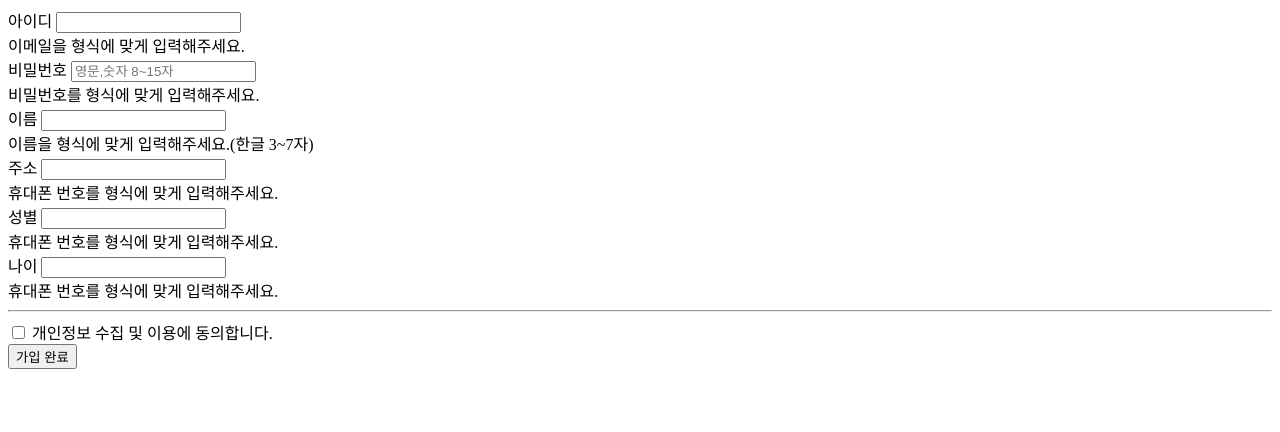
Repository: PacJ/spring_project
Page: http://localhost/spring_project/WEB-INF/views/user/signup.jsp
The author's editor kept a copy of each file at every save. The page is drawn from the files as they stood at one save, then again after the next save.
The browser window is 1280 px wide. The pictures show the whole page.
The page is served by Tomcat 9. Nobody is signed in. Other server files are loaded and not shown. The template is opened directly, without the code that normally fills it, so the values that code supplies are empty.

Above is the page before, as saved 2023-03-02 05:05:02.

### spring_project/src/main/webapp/WEB-INF/views/user/signup.jsp
<%@ page language="java" contentType="text/html; charset=UTF-8"
    pageEncoding="UTF-8"%>


 <div class="container">
     <div class="input-form-backgroud row">
      <div class="input-form col-md-12 mx-auto">
        <form class="validation-form" method="post" action="signup.do" novalidate >

           <div class="row">
	         <div class="mb-3">
	            <label for="userId">아이디</label>
	            <input type="text" class="form-control" name="userId"
	            		pattern="[A-Za-z0-9_]+[A-Za-z0-9]*[@]{1}[A-Za-z0-9]+[A-Za-z0-9]*[.]{1}[A-Za-z]{1,3}"
	            		placeholder="" required>
	            <div class="invalid-feedback">
	              이메일을 형식에 맞게 입력해주세요.
	            </div>
	          </div>

	          <div class="mb-3">
	            <label for="pass">비밀번호</label>
	            <input type="password"  class="form-control" name="userPass"
	            pattern="[a-zA-Z0-9]{8,15}"  placeholder="영문,숫자 8~15자" required>
	            <div class="invalid-feedback">
	              비밀번호를 형식에 맞게 입력해주세요.
	            </div>
	          </div>

	          <!--           <div class="mb-3">
	            <label for="passChk">비밀번호 재입력</label>
	            <input type="text"  class="form-control" name="member_passChk"
	            pattern="[a-zA-Z0-9]{8,15}" placeholder="영문,숫자 8~15자" required>
	           <div class="invalid-feedback">
	              비밀번호가 일치하지 않습니다.
	            </div>
	          </div>  -->

	           <div class="mb-3">
	              <label for="name">이름</label>
	              <input type="text" class="form-control" name="userName"
	              pattern="[가-힣]{3,7}" placeholder="" required>
	              <div class="invalid-feedback">
	                이름을 형식에 맞게 입력해주세요.(한글 3~7자)
	              </div>
	            </div>



	          <div class="mb-3">
	            <label for="address">주소</label>
	            <input type="text" class="form-control" name="userAdress"  pattern="^010[0-9]{8}$" placeholder="" required>
	            <div class="invalid-feedback">
	              휴대폰 번호를 형식에 맞게 입력해주세요.
	            </div>
	          </div>

	          <div class="mb-3">
	            <label for="Sex">성별</label>
	            <input type="text" class="form-control" name="userSex"  pattern="^010[0-9]{8}$" placeholder="" required>
	            <div class="invalid-feedback">
	              휴대폰 번호를 형식에 맞게 입력해주세요.
	            </div>
	          </div>

	          <div class="mb-3">
	            <label for="age">나이</label>
	            <input type="text" class="form-control" name="userAge"  pattern="^010[0-9]{8}$" placeholder="" required>
	            <div class="invalid-feedback">
	              휴대폰 번호를 형식에 맞게 입력해주세요.
	            </div>
	          </div>


	          <hr class="mb-4">
	          <div class="custom-control custom-checkbox">
	            <input type="checkbox" class="custom-control-input" id="aggrement" required>
	            <label class="custom-control-label" for="aggrement">개인정보 수집 및 이용에 동의합니다.</label>
	          </div>
	          <div class="mb-4">
	          <input type="hidden" name="memberType" value="1" />
	           <button class="btn btn-dark btn-lg btn-block" type="submit">가입 완료</button>
	           </div>
	        </div>

	      </form>
	      </div>
    </div>
</div>

  <script >
/*        const forms = document.getElementsByClassName('validation-form');

      Array.prototype.filter.call(forms, (form) => {
        form.addEventListener('submit', function (event) {
          if (form.checkValidity() === false) {
            event.preventDefault();
            event.stopPropagation();
          }

          form.classList.add('was-validated');
        }, false);
      });
    */
  </script>

After the next save:
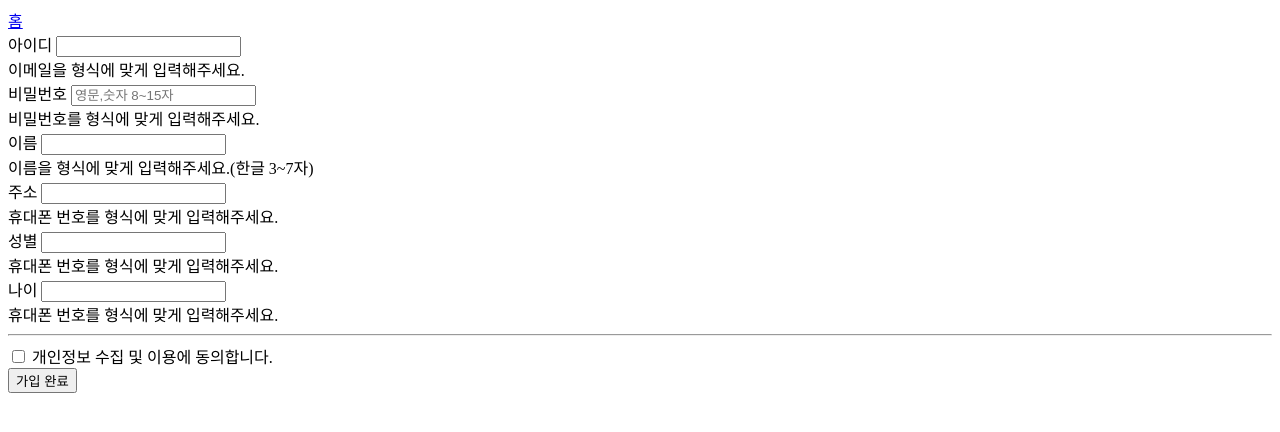
Saved 93 s later.
--- a/spring_project/src/main/webapp/WEB-INF/views/user/signup.jsp
+++ b/spring_project/src/main/webapp/WEB-INF/views/user/signup.jsp
@@ -1,7 +1,7 @@
 <%@ page language="java" contentType="text/html; charset=UTF-8"
     pageEncoding="UTF-8"%>
 
-
+<a href="home.do">홈</a>
  <div class="container">
      <div class="input-form-backgroud row">
       <div class="input-form col-md-12 mx-auto">
